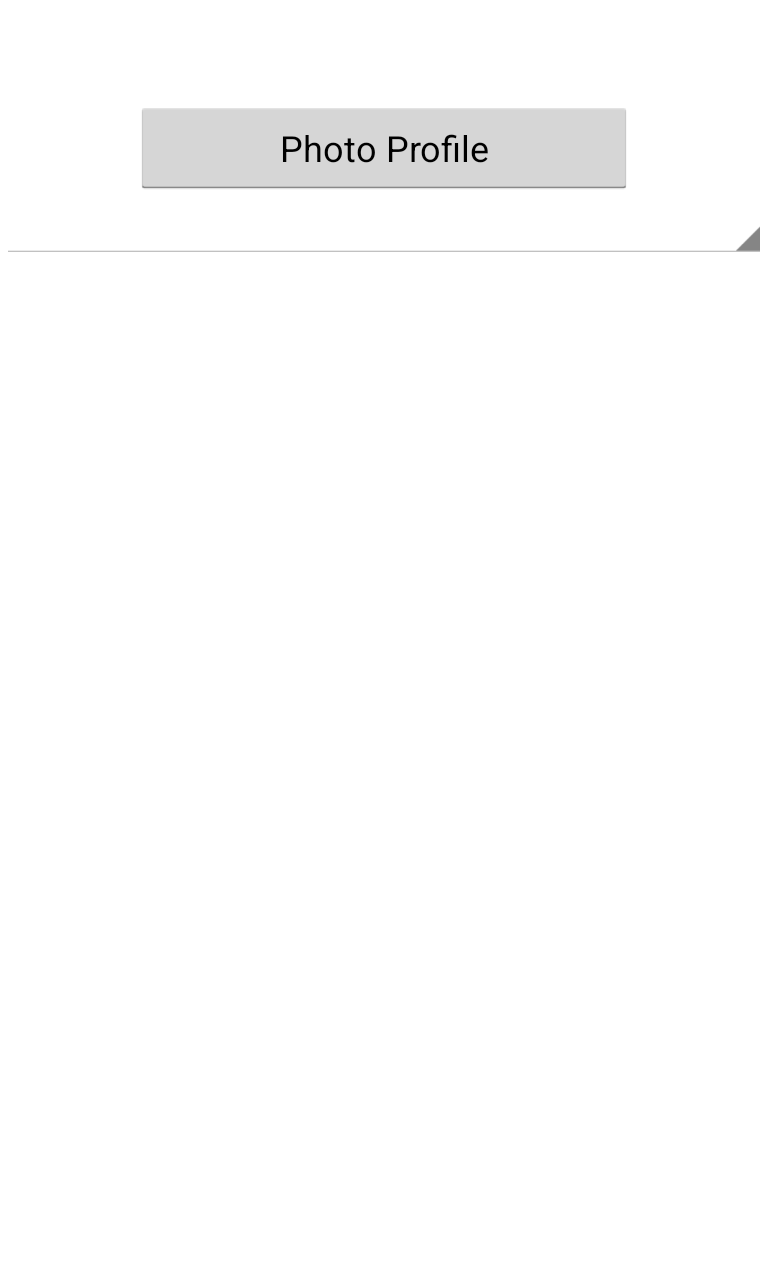
Repository: elvispap/The_Voice_of_People_Android_app
Layout: Voice of People/res/layout/profile_settings.xml
An editor plug-in stored every save of this project. The layout is shown before and after the next save, followed by the edit.
It is drawn on a 768 x 1280 px phone screen (xhdpi) without system bars, with theme AppTheme; the app's code is not run.

Above is the layout before, as saved 2014-01-05 20:15:54.

### Voice of People/res/layout/profile_settings.xml
<?xml version="1.0" encoding="utf-8"?>
<LinearLayout xmlns:android="http://schemas.android.com/apk/res/android"
    android:layout_width="match_parent"
    android:layout_height="match_parent"
    android:orientation="vertical" >

    <LinearLayout android:layout_width="250dp"
	    android:layout_height="wrap_content"
	    android:orientation="vertical"
	    android:layout_gravity="center_horizontal"
	    android:layout_marginTop="50dp">

        <Button
        android:id="@+id/button1"
        android:layout_width="match_parent"
        android:layout_height="wrap_content"
        android:text="Photo Profile"
        android:layout_gravity="center_horizontal" />

    </LinearLayout>

    <Spinner
        android:id="@+id/location"
        android:layout_width="match_parent"
        android:layout_height="wrap_content"
    />

</LinearLayout>

Loaded but not shown: Voice of People/res/values/styles.xml (common file); Voice of People/res/values-v11/styles.xml (common file); Voice of People/res/values-v14/styles.xml (common file)

After the next save:
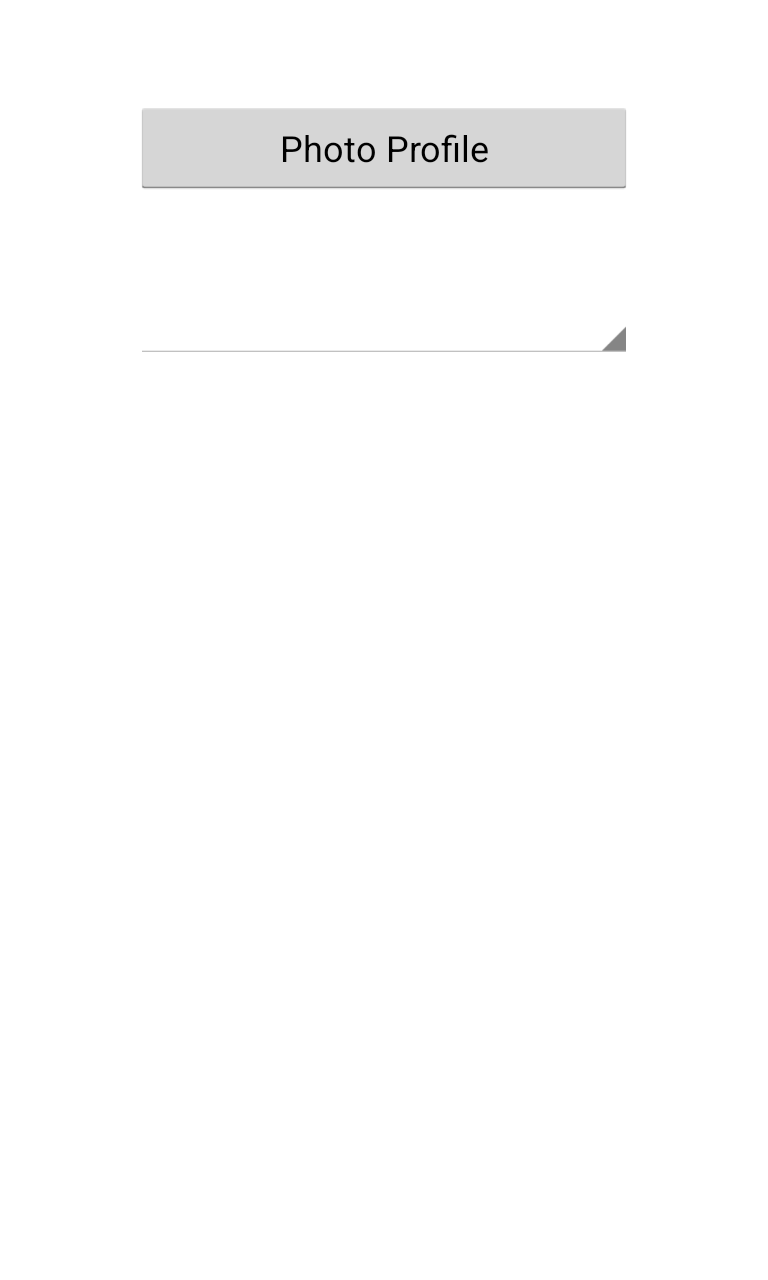
Saved 8 min 32 s later.
--- a/Voice of People/res/layout/profile_settings.xml
+++ b/Voice of People/res/layout/profile_settings.xml
@@ -18,11 +18,16 @@
         android:layout_gravity="center_horizontal" />
 
     </LinearLayout>
-
-    <Spinner
-        android:id="@+id/location"
-        android:layout_width="match_parent"
-        android:layout_height="wrap_content"
-    />
+    <LinearLayout android:layout_width="250dp"
+	    android:layout_height="wrap_content"
+	    android:orientation="horizontal"
+	    android:layout_gravity="center_horizontal"
+	    android:layout_marginTop="50dp">
+			    <Spinner
+			        android:id="@+id/location"
+			        android:layout_width="match_parent"
+			        android:layout_height="wrap_content"
+			    />
+    </LinearLayout>
 
 </LinearLayout>
